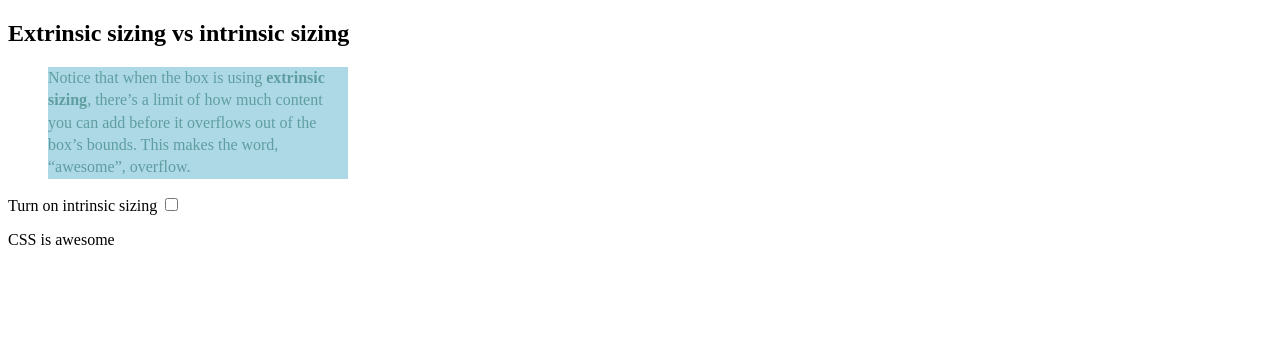
Repository: sristigupta04/basic-js-project
Page: box model/box.html
These files come from the project's save history. The page is drawn as it stood at one moment and after the next save; the edit follows.
The browser window is 1280 px wide. The pictures show the whole page.

Above is the page before, as saved 2025-11-03 00:40:07.

### box model/box.html
<!DOCTYPE html>
<html lang="en">
<head>
    <meta charset="UTF-8">
    <meta name="viewport" content="width=device-width, initial-scale=1.0">
    <title>Document</title>
    <link rel="stylesheet" href="box.css"/>
</head>
<body>
    <main>
  <div class="wrapper">
    <article class="flow">
      <h1>Extrinsic sizing vs intrinsic sizing</h1>
      <figure class="callout">
        <p>
          Notice that when the box is using <strong>extrinsic sizing</strong>, there’s
          a limit of how much content you can add before it overflows out of the box’s
          bounds. This makes the word, “awesome”, overflow.
        </p>
      </figure>
      <label class="toggle" for="intrinsic-switch">
        <span class="toggle__label">Turn on intrinsic sizing</span>
        <input type="checkbox" role="switch" class="toggle__element" id="intrinsic-switch" />
        <div class="toggle__decor" aria-hidden="true">
          <div class="toggle__thumb"></div>
        </div>
      </label>
      <p class="awesome" data-element="awesome">CSS is awesome</p>
    </article>
  </div>
</main>
</body>
</html>

### box model/box.css
*{
    padding: 0;
}
.callout{
    background-color: lightblue;
    color:cadetblue;
    line-height:1.4rem;
    width:300px;;
}

After the next save:
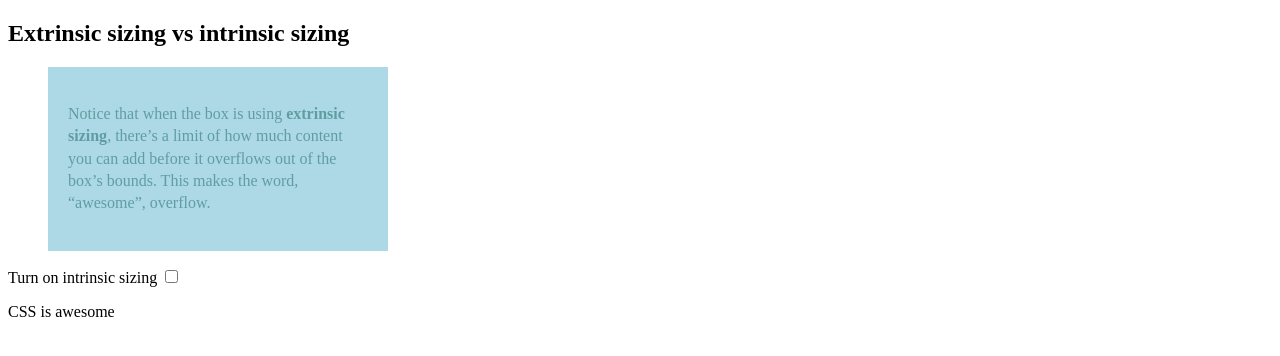
Saved 8 s later.
--- a/box model/box.css
+++ b/box model/box.css
@@ -5,5 +5,6 @@
     background-color: lightblue;
     color:cadetblue;
     line-height:1.4rem;
-    width:300px;;
+    width:300px;
+    padding: 20px;;
 }
